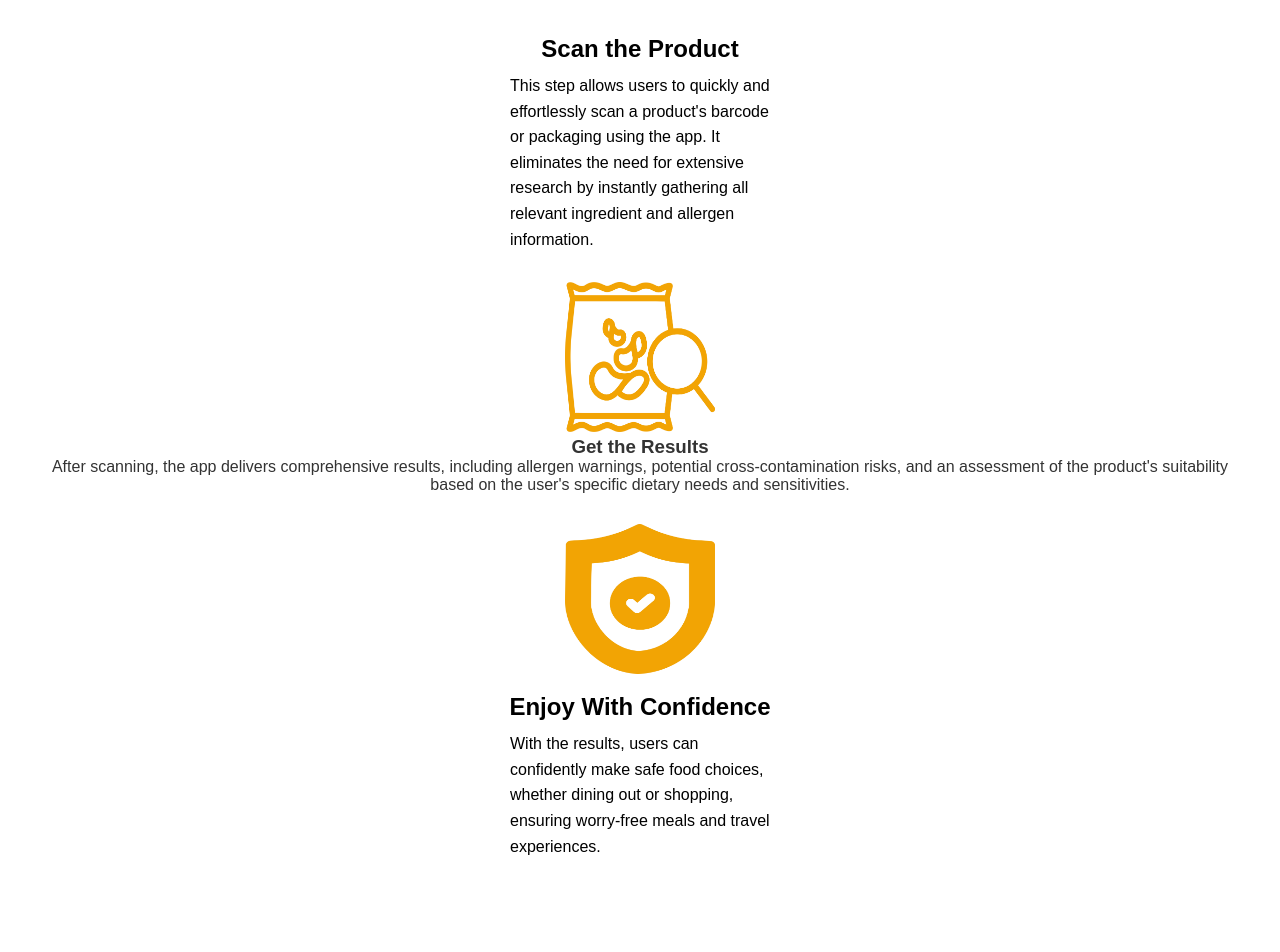
Repository: GavinPahal/landingpage
Page: /
These files come from the project's save history. The page is drawn as it stood at one moment and after the next save; the edit follows.
The browser window is 1280 px wide. The pictures show the part of the page from y = 904 to 1856 px (the page is 2347 px tall).
The project was rebuilt for these pictures with package versions that can differ from the ones it lists, and the page was loaded fresh each time. The framework's server and built-in components were replaced by stand-ins that run in the browser. Also part of the build but not shown: next.config.mjs.

Above is the page before, as saved 2024-11-28 15:40:39.

### pages/_app.js
// pages/_app.js
import "@/styles/globals.css"; // Import the global CSS file

function MyApp({ Component, pageProps }) {
  return <Component {...pageProps} />;
}

export default MyApp;

### pages/index.js
// pages/index.js
import Hero from "../components/Hero";
import Features from "../components/Features";
import Footer from "../components/Footer";
import Product from "../components/Product"

export default function Home() {
  return (
    <div>
      <Hero />
      <Features />
      <Product />
      <Footer />
    </div>
  );
}

### styles/globals.css
/* Global Styles */
* {
  margin: 0;
  padding: 0;
  box-sizing: border-box;
}

body {
  font-family: Arial, sans-serif;
  color: #333;
  overflow-x: hidden; /* Prevent horizontal overflow */
}

/* Hero Section */
.hero {
  display: flex; /* Use flexbox to align elements */
  position: relative;
  height: 100vh;
  width: 100%; /* Ensure the hero section spans the full width */
  background-color: #2d2d2d; /* Dark background to contrast with the image */
}

.imageWrapper {
  position: relative;
  width: 100%; /* Left side takes full width */
  height: 100%;
}

.imageContainer {
  position: absolute;
  top: 0;
  left: 0;
  width: 100%;
  height: 100%;
  filter: blur(8px); /* Add blur effect to the image */
  object-fit: cover;
}

.overlay {
  position: absolute;
  top: 0;
  left: 0;
  width: 100%;
  height: 100%;
  background: rgba(0, 0, 0, 0.6); /* Dark overlay to ensure text stands out */
  color: white;
  display: flex;
  flex-direction: column;
  justify-content: center;
  align-items: flex-start;
  padding: 60px 40px; /* Increased padding for more space */
  text-align: left;
}

.heroTitle {
  display: flex;
  align-items: center; /* Align logo and title horizontally */
  margin-bottom: 40px; /* Space between title and the rest of the content */
  position: relative; /* Allow positioning adjustments */
  top: -80px; /* Move the logo and title even higher */
}

.heroTitle img {
  margin-right: 20px; /* Add space between logo and title */
}

.heroTitle h1 {
  font-size: 2rem; /* Bigger font for app name */
  font-weight: bold;
  color: #ffffff; /* Bright color to stand out */
  text-transform: uppercase;
}

.tagline {
  font-size: 5rem; /* Make "BEST NATURE APP" 5rem */
  font-weight: bold;
  margin-bottom: 0; /* Remove extra space between the lines */
  color: #ffffff; /* Striking color */
  text-shadow: 3px 3px 5px rgba(0, 0, 0, 0.8); /* Enhanced text visibility */
  line-height: 1.1; /* Adjust line-height to decrease space between lines */
  letter-spacing: 1.5px;
  display: block;
  max-width: 100%; /* Ensure text doesn't overflow */
}

.bestNature {
  display: block;
  font-size: 3rem; /* Adjust to smaller font size for the first part */
}

.appEver {
  display: block;
  margin-top: 0;
  font-size: 3rem;
}

.subTagline {
  font-size: 1.2rem;
  margin-top: 20px;
  margin-bottom: 40px;
  line-height: 1.6;
  max-width: 650px;
  color: white;
  letter-spacing: 0.5px;
  text-align: left;
}

.demoText {
  display: block;
  font-size: 1.4rem;
  font-weight: bold;
}

.natureText {
  display: block;
  font-size: 1.2rem;
  margin-top: 10px;
  font-style: italic;
  letter-spacing: 0.3px;
}

/* CTA Button */
.ctaButton {
  background-color: #00C9A2;
  color: #ffffff;
  padding: 15px 40px;
  font-size: 1.4rem;
  border: none;
  border-radius: 50px;
  text-align: center;
  margin-top: 60px;
  cursor: pointer;
  transition: background-color 0.3s, transform 0.3s;
  text-decoration: none;
}

.ctaButton:hover {
  background-color: #035343;
}

.ctaButton:focus {
  outline: none;
}

.rightImageWrapper {
  position: absolute;
  left: 62%;
  bottom: 20px;
  width: 400px;
  height: auto;
  z-index: 2;
  margin-top: 100px;
}

.rightImageContainer {
  position: relative;
  width: 100%;
  height: 100%;
}

.rightImageContainer img {
  width: 100%;
  height: auto;
  border-radius: 8px;
  object-fit: cover;
}

.features {
  padding: 50px 20px;
  text-align: center;
}
.features h2 {
  font-size: 2.5rem;
  font-weight: bold;
  color: #ffffff;
  margin-bottom: 30px;
  text-transform: uppercase;
  letter-spacing: 1px;
}

.infoCards {
  display: flex;
  flex-wrap: wrap;
  justify-content: space-around;
  gap: 30px;
  margin-bottom: 40px;
}

.card {
  text-align: center;
  margin: 0 auto; /* Ensure cards are centered */
}

.card:first-child { /* Target the first feature card */
  max-width: 400px; /* Restrict width for a cleaner layout */
  margin: 20px auto; /* Center the card horizontally and add spacing */
}

.card:first-child p {
  text-align: left; /* Center-align the text for the first card */
  max-width: 270x; /* Ensure text does not overflow the card */
  margin: 0 auto;
}
.text:first-child p {
  text-align: left; /* Center-align the text for the first card */
  max-width: 200x; /* Ensure text does not overflow the card */
  margin: 0 auto;
}

.card img {
  margin-bottom: 15px;
}

.card h3 {
  font-size: 1.5rem;
  font-weight: 600;
  color: #000000;
  margin-bottom: 10px;
}

.card p {
  font-size: 1rem;
  line-height: 1.6;
  color: #000000;
  max-width: 260px;
  margin: 0 auto;
  text-align: left;
}

.text1 {
  font-size: 1rem;
  line-height: 1.6;
  color: #000000;
  max-width: 250px;
  margin: 0 auto;
  text-align: left;
}

.text2 {
  font-size: 1rem;
  line-height: 1.6;
  color: #000000;
  max-width: 250px;
  margin: 0 auto;
  text-align: left;
}


@media (max-width: 1024px) {
  .hero {
    flex-direction: column; /* Stack elements vertically on smaller screens */
  }

  .overlay {
    padding: 40px 20px; /* Reduced padding for smaller screens */
    text-align: center; /* Center-align text on smaller screens */
  }

  .heroTitle {
    margin-bottom: 20px; /* Reduce space between the title and the tagline */
    top: 0; /* Reset top positioning for better alignment */
  }

  .tagline {
    font-size: 3rem; /* Decrease font size on smaller screens */
  }

  .bestNature, .appEver {
    font-size: 2.5rem; /* Smaller font size for better readability */
  }

  .subTagline {
    font-size: 1rem; /* Adjust subtagline font size for smaller screens */
    max-width: 100%; /* Allow full-width display */
    padding: 0 20px; /* Add padding to the sides */
  }

  .rightImageWrapper {
    left: 50%; /* Center the image on smaller screens */
    bottom: 10px;
    width: 300px; /* Reduce image size */
    margin-top: 60px;
  }
}

/* CTA Button Adjustments */
@media (max-width: 768px) {
  .ctaButton {
    padding: 12px 30px; /* Reduced padding for better proportion on small screens */
    font-size: 1.2rem; /* Smaller font size */
    width: 90%; /* Allow the button to take up more space on smaller screens */
    margin-top: 40px; /* Reduced top margin */
  }
}

/* Feature Section Adjustments */
@media (max-width: 768px) {
  .features {
    padding: 30px 20px; /* Reduce padding */
  }

  .features h2 {
    font-size: 2rem; /* Smaller font size for headings */
  }

  .infoCards {
    flex-direction: column; /* Stack cards vertically */
    align-items: center;
    gap: 20px; /* Reduced gap between cards */
  }

  .card {
    max-width: 90%; /* Ensure cards take full width on smaller screens */
    margin: 10px auto; /* Center the cards */
  }

  .card h3 {
    font-size: 1.2rem; /* Decrease font size */
  }

  .card p {
    font-size: 0.9rem; /* Smaller text for better readability */
  }
}

/* Final Adjustments */
@media (max-width: 480px) {
  .hero {
    height: auto; /* Allow the hero section to adjust to content */
  }

  .overlay {
    padding: 20px; /* Even smaller padding */
    text-align: center;
  }

  .tagline {
    font-size: 2.5rem; /* Further decrease tagline size */
  }

  .ctaButton {
    padding: 10px 20px; /* Smaller padding for mobile screens */
    font-size: 1rem; /* Reduce font size */
  }

  .features h2 {
    font-size: 1.6rem; /* Adjust feature section heading */
  }

  .card {
    max-width: 100%; /* Ensure the cards take full width */
  }

  .text1, .text2 {
    font-size: 0.9rem; /* Adjust text sizes for smaller screens */
  }
}

### components/Hero.js
import Image from "next/image";

export default function Hero() {
  return (
    <section className="hero">
      <div className="imageWrapper">
        <div className="imageContainer">
          <Image
            src="/images/grocey.jpg"
            alt="Nature Image"
            layout="fill"
            objectFit="cover"
          />
        </div>
        <div className="overlay">
          <div className="heroTitle">
            <Image
              src="/images/logo.webp"
              alt="Goldibite Logo"
              width={50}
              height={50}
            />
            <h1>Goldibite</h1>
          </div>
          <p className="tagline">
            <span className="bestNature">YOUR BUDDY FOR</span>
            <span className="appEver">FOOD SAFETY</span>
          </p>
          <p className="subTagline">
            <span className="demoText">Get a demo and try our new app.</span>
            <span className="natureText">
            The Right Bite, Every Time
            </span>
          </p>
          <a href="#demo" className="ctaButton">
            TRY DEMO
          </a>
        </div>
      </div>


      <div className="rightImageWrapper">
        <div className="rightImageContainer">
          <Image
            src="/images/phone.png"
            alt="New Image"
            layout="intrinsic"
            width={500}
            height={500}
          />
        </div>
      </div>
    </section>
  );
}

### components/Features.js
import Image from "next/image";


export default function Features() {
  return (
    <section className="features">
      <div className="infoCards">
        <div className="card" style={{ margin: "0 10px" }}>
          <Image
            src="/images/iconamoon_scanner (1).jpg"
            alt="Feature 1"
            width={150}
            height={150}
          />
          <h3>Scan the Product</h3>
          <p>This step allows users to quickly and effortlessly scan a product's barcode or packaging using the app.
             It eliminates the need for extensive research by instantly gathering all relevant ingredient and allergen information. </p>
        </div>
        <div className="text" style={{ margin: "0 10px" }}>
          <Image
            src="/images/magnifying.jpg"
            alt="Feature 2"
            width={150}
            height={150}
          />
          <h3>Get the Results</h3>
          <p>After scanning, the app delivers comprehensive results, including allergen warnings, potential cross-contamination risks,
             and an assessment of the product's suitability based on the user's specific dietary needs and sensitivities.
          </p>
        </div>
        <div className="card" style={{ margin: "0 10px" }}>
          <Image
            src="/images/Confident.jpg"
            alt="Feature 2"
            width={150}
            height={150}
          />
          <h3>Enjoy With Confidence</h3>
          <p>With the results, users can confidently make safe food choices, whether dining out or shopping,
             ensuring worry-free meals and travel experiences.
          </p>
        </div>
      </div>

    </section>
  );
}

### components/Footer.js
export default function Footer() {
    return (
      <footer className="footer">
        <p>&copy; 2024 Basketball Skills Program. All rights reserved.</p>
      </footer>
    );
  }

### components/Product.js
import Image from "next/image";

export default function Features() {
  return (
    <section className="features">
      <div className="infoCards" style={{ gap: "20px" }}>
        <div className="card" style={{ margin: "0 10px" }}>
          <Image
            src="/images/chatbot.jpg"
            alt="Feature 1"
            width={125}
            height={125}
          />
          <h3>AI Chatbot</h3>
          <p>
            The AI barcode scanner identifies companies, flags ingredient
            issues or cross-contamination, and alerts users with links to
            related news or actions.
          </p>
        </div>
        <div className="card" style={{ margin: "0 10px" }}>
          <Image
            src="/images/trash.jpg"
            alt="Feature 2"
            width={125}
            height={125}
          />
          <h3>Food Recall Alerts</h3>
          <p>
            When a food product is scanned, the app monitors recalls and
            notifies users with sensitivities, including the product's name,
            image, and recall reason, ensuring timely safety alerts.
          </p>
        </div>
        <div className="card" style={{ margin: "0 10px" }}>
          <Image
            src="/images/accessibility.png"
            alt="Feature 3"
            width={125}
            height={125}
          />
          <h3>Multiple User Profiles</h3>
          <p>
            Users can create multiple profiles within one account, enabling
            personalized dietary management and preferences,
            like allergies and  language, for each family member or friend.
          </p>
        </div>
      </div>
    </section>
  );
}

Loaded but not shown: pages/_document.js (common file)

After the next save:
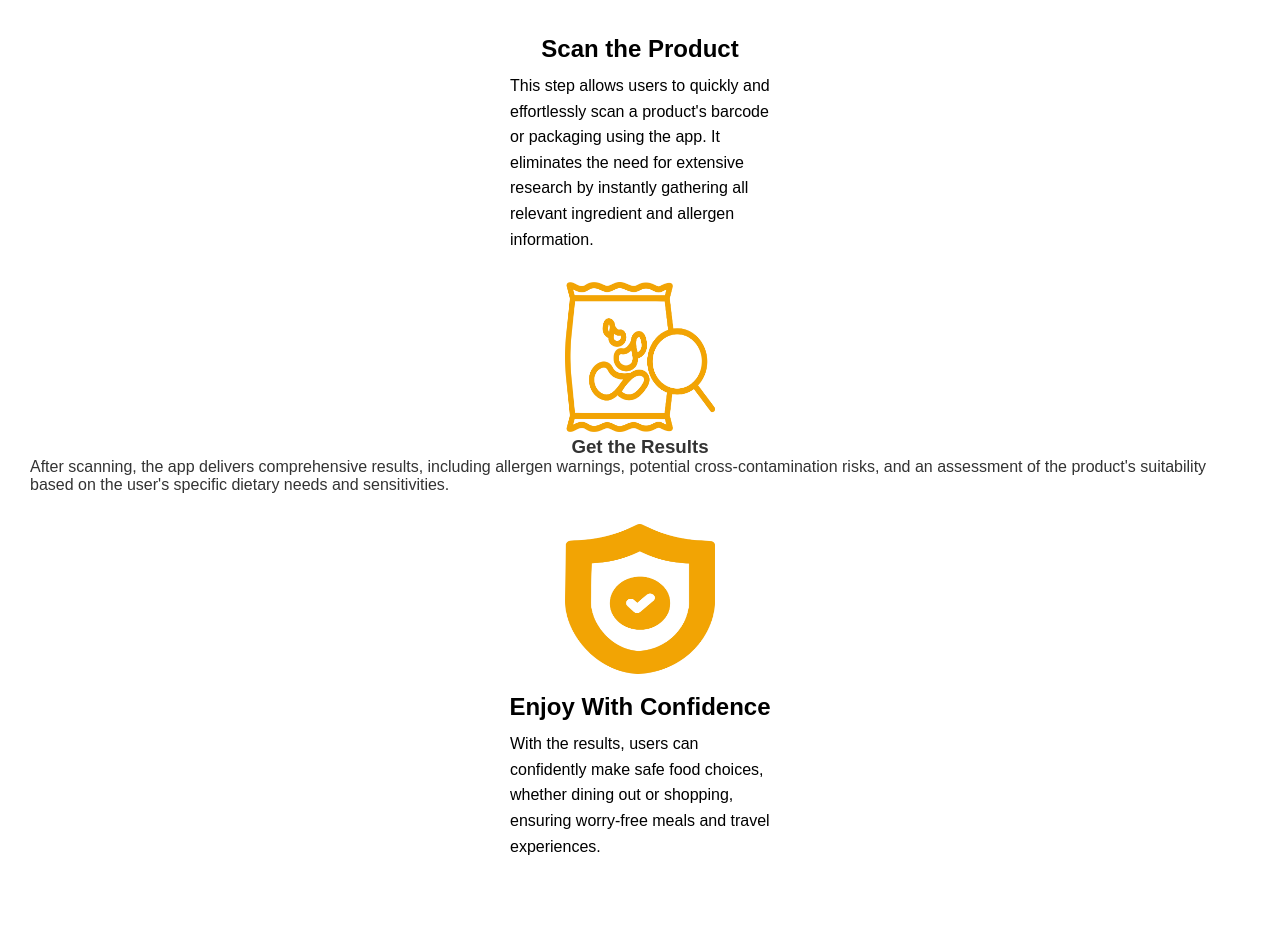
Saved 10 s later.
--- a/styles/globals.css
+++ b/styles/globals.css
@@ -201,7 +201,7 @@
   max-width: 270x; /* Ensure text does not overflow the card */
   margin: 0 auto;
 }
-.text:first-child p {
+.text p {
   text-align: left; /* Center-align the text for the first card */
   max-width: 200x; /* Ensure text does not overflow the card */
   margin: 0 auto;

After the save that followed:
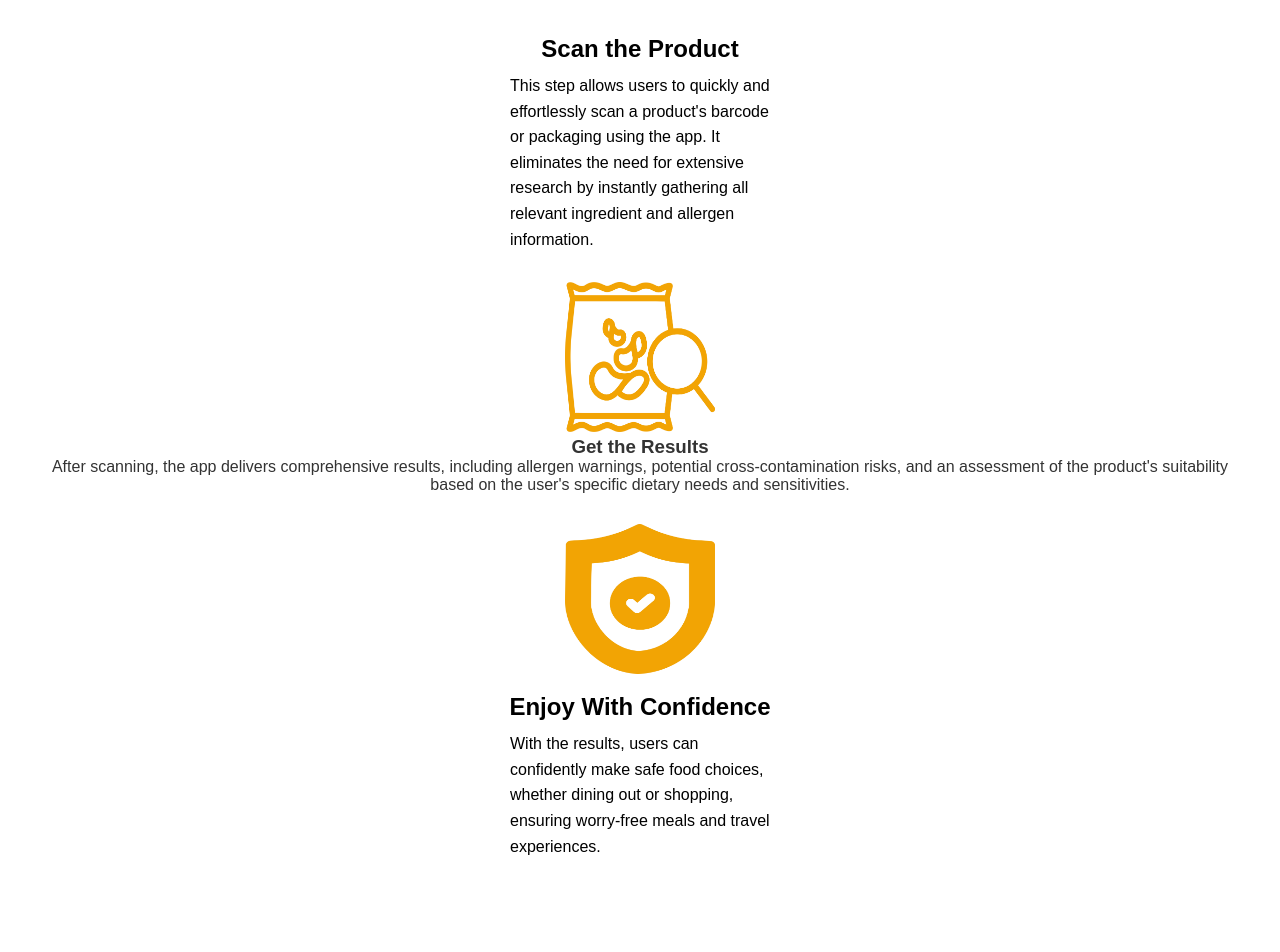
Saved 6 s later.
--- a/styles/globals.css
+++ b/styles/globals.css
@@ -201,11 +201,6 @@
   max-width: 270x; /* Ensure text does not overflow the card */
   margin: 0 auto;
 }
-.text p {
-  text-align: left; /* Center-align the text for the first card */
-  max-width: 200x; /* Ensure text does not overflow the card */
-  margin: 0 auto;
-}
 
 .card img {
   margin-bottom: 15px;
